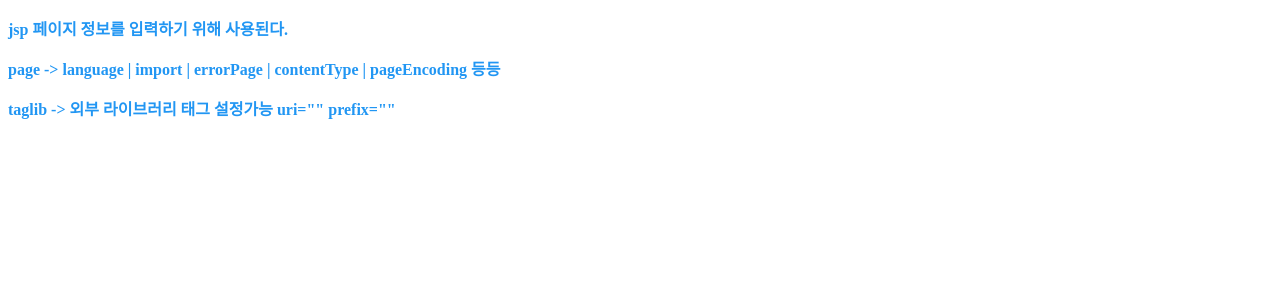
Repository: hyejux/JSP_STUDY
Page: http://localhost/JSPPractice2/JSP_ex2.jsp
An editor plug-in stored every save of this project. The page is shown before and after the next save, followed by the edit.
The browser window is 1280 px wide. The pictures show the whole page.
The page is served by Tomcat 9. Other server files are loaded and not shown.

Above is the page before, as saved 2025-01-07 14:56:31.

### JSPPractice2/src/main/webapp/JSP_ex2.jsp
<%@ page language="java" contentType="text/html; charset=UTF-8"
    pageEncoding="UTF-8"%>
<!DOCTYPE html>
<html>
<head>
<meta charset="UTF-8">
<title> 디렉티브 소개</title>
<link rel="stylesheet" type="text/css" href="css/style.css"></link>
</head>
<body>


<div class="info">
<p> jsp 페이지 정보를 입력하기 위해 사용된다. </p>
<p> page -> language | import | errorPage | contentType | pageEncoding 등등 </p>
<p> taglib -> 외부 라이브러리 태그 설정가능 uri="" prefix=""</p>
</div>


</body>
</html>

### JSPPractice2/src/main/webapp/css/style.css
.info{
	color : #2196f3;
	font-weight: bold;
}

.btn1 {
	border: 1px solid #ddd;
    color: #ffffff;
    border-radius: 10px;
    padding: 5px 10px;
    background: #03A9F4;
    margin-top: 5px;
}

After the next save:
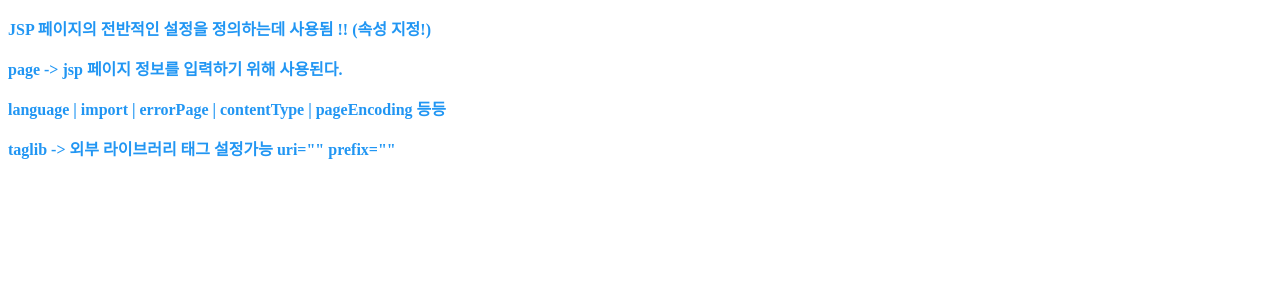
Saved 94 s later.
--- a/JSPPractice2/src/main/webapp/JSP_ex2.jsp
+++ b/JSPPractice2/src/main/webapp/JSP_ex2.jsp
@@ -11,8 +11,9 @@
 
 
 <div class="info">
-<p> jsp 페이지 정보를 입력하기 위해 사용된다. </p>
-<p> page -> language | import | errorPage | contentType | pageEncoding 등등 </p>
+<p>  JSP 페이지의 전반적인 설정을 정의하는데 사용됨 !! (속성 지정!)</p>
+<p> page -> jsp 페이지 정보를 입력하기 위해 사용된다. </p>
+<p> language | import | errorPage | contentType | pageEncoding 등등 </p>
 <p> taglib -> 외부 라이브러리 태그 설정가능 uri="" prefix=""</p>
 </div>
 
